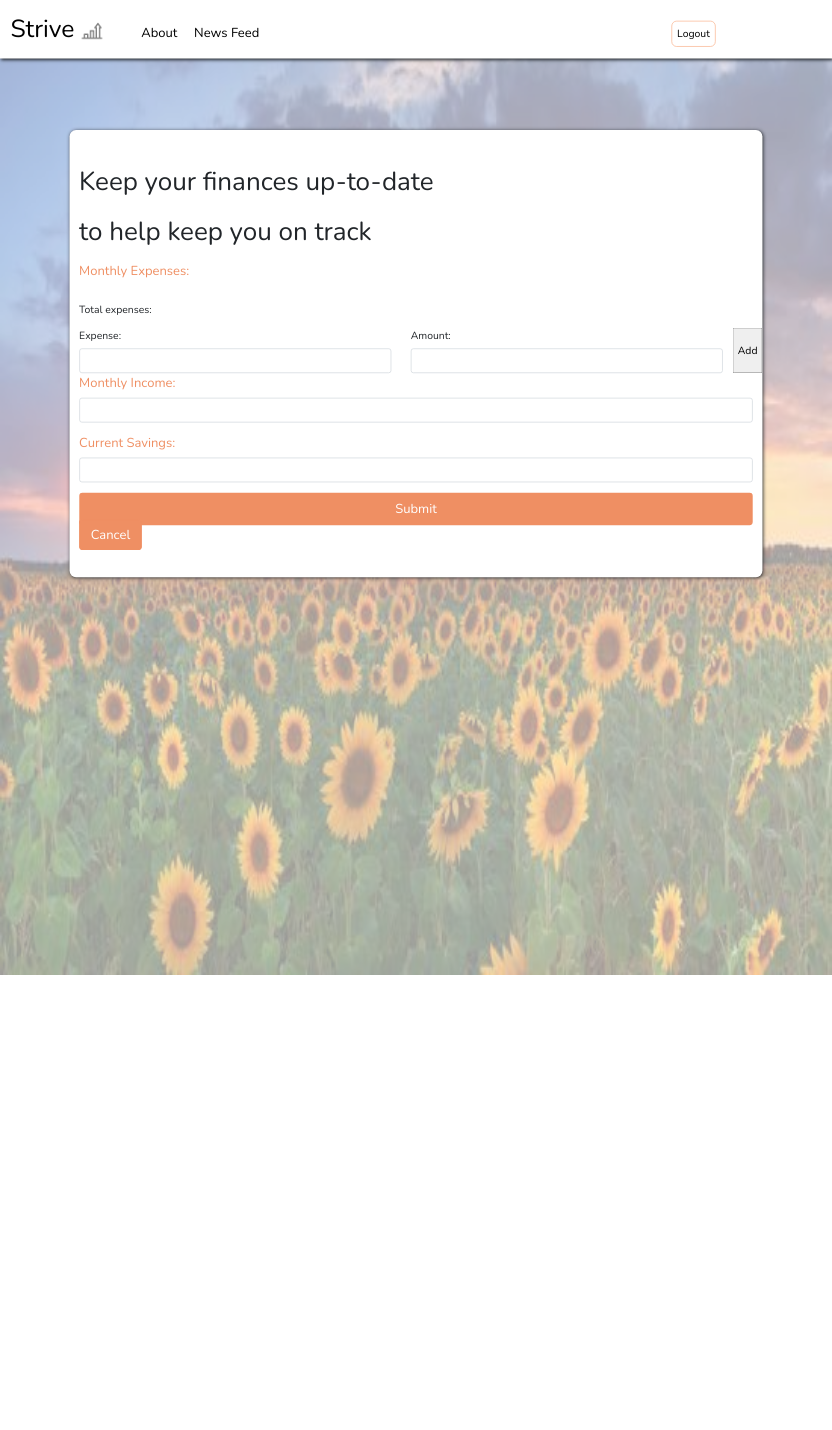
Repository: NoraOK/Strive
Page: http://localhost/strive/WEB-INF/strive/ie.jsp
An editor plug-in stored every save of this project. The page is shown before and after the next save, followed by the edit.
The browser window is 1280 px wide. The pictures show the whole page, at 65% of full size.
The page is served by Tomcat 9. Nobody is signed in. The template is opened directly, without the code that normally fills it, so the values that code supplies are empty.

Above is the page before, as saved 2019-12-20 18:21:00.

After the next save:
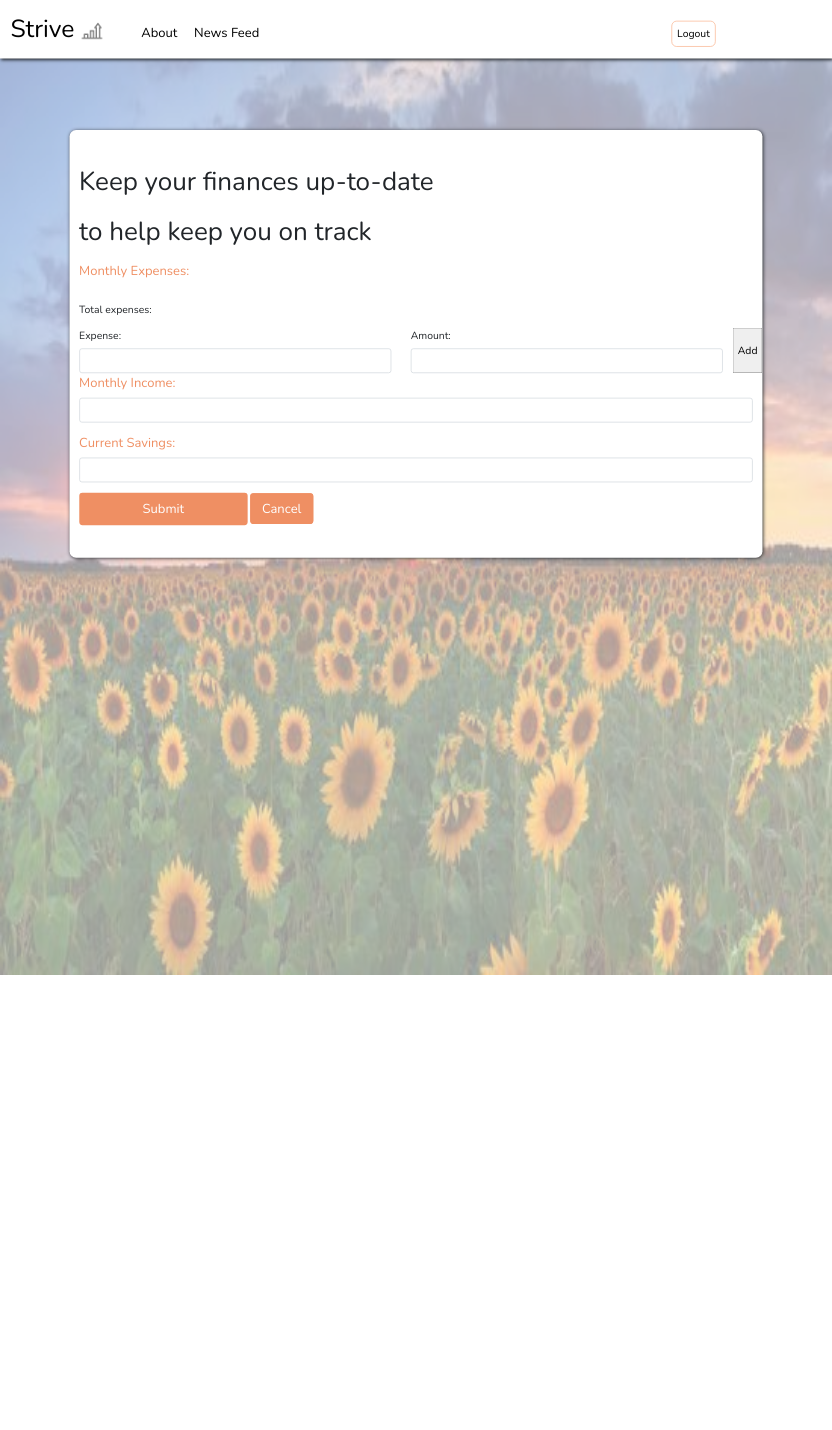
Saved 3 min 32 s later.
--- a/strive/src/main/webapp/WEB-INF/strive/ie.jsp
+++ b/strive/src/main/webapp/WEB-INF/strive/ie.jsp
@@ -67,7 +67,7 @@
 				<input name="currentBalance" type="number" class="form-control" />
 			</p>
 
-			<input class="button1 btn-lg" type="submit" value="Submit" />
+			<input class="button1 btn-lg col-3" type="submit" value="Submit" />
 			<a class="button1 btn-lg" href="/home">Cancel</a>
 		</form>
 		</div>
